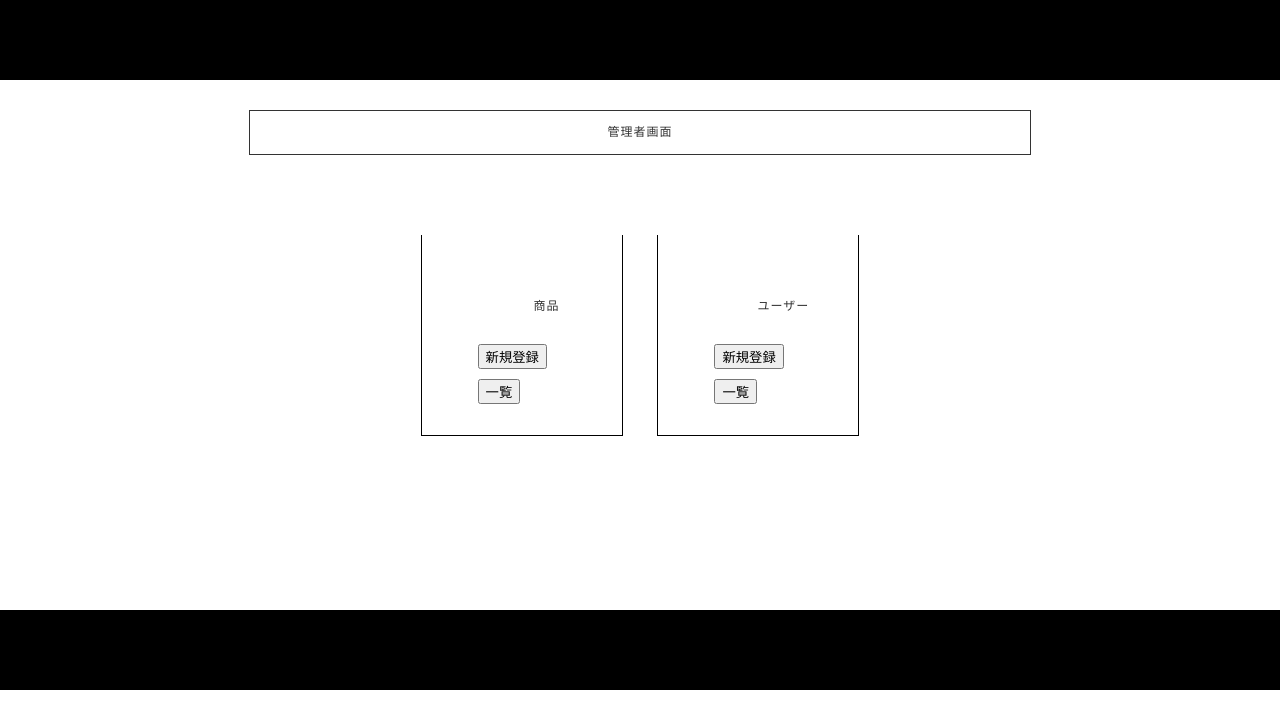
Repository: hiraide8/test
Page: http://localhost/ecsite/admin.jsp
The author's editor kept a copy of each file at every save. The page is drawn from the files as they stood at one save, then again after the next save.
The browser window is 1280 px wide. The pictures show the whole page.
The page is served by Tomcat 9.

Above is the page before, as saved 2019-01-23 11:55:39.

After the next save:
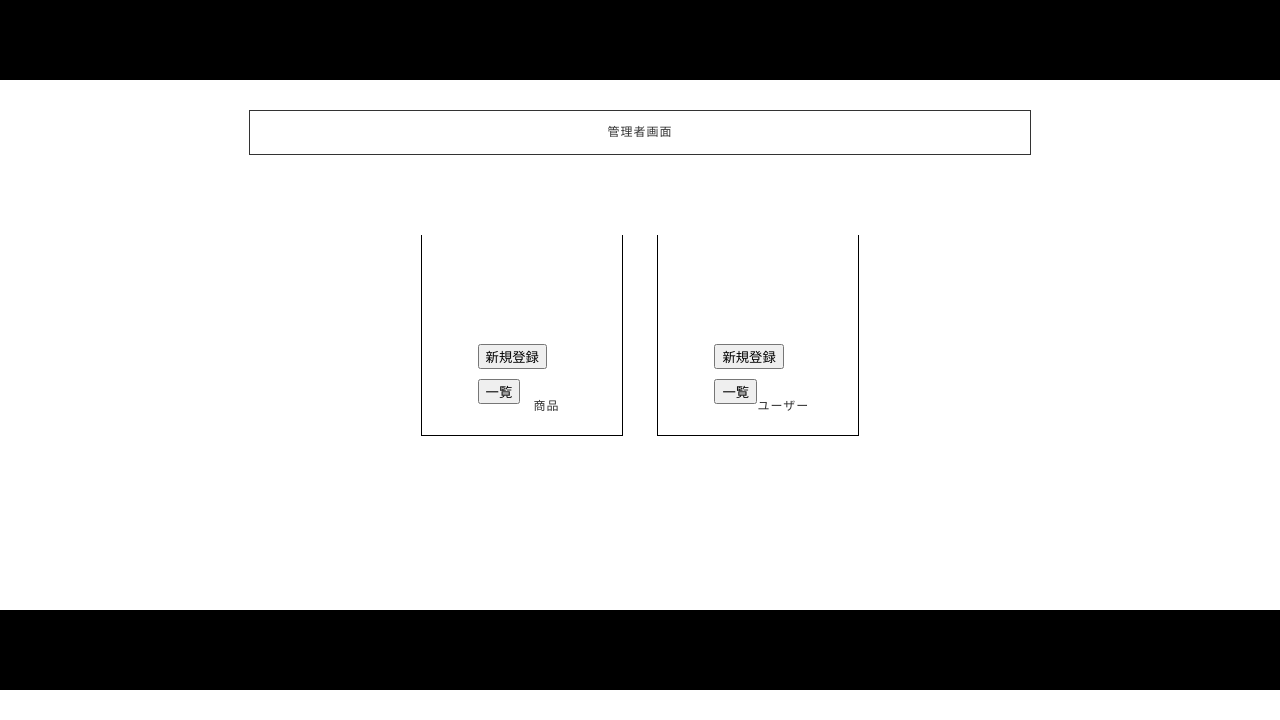
Saved 16 s later.
--- a/ecsite/WebContent/admin.jsp
+++ b/ecsite/WebContent/admin.jsp
@@ -65,7 +65,7 @@
                 }
                 .bbb{
                   position:relative;
-                  top:50px;
+                  top:150px;
                   left:25px;
                 }
        </style>
